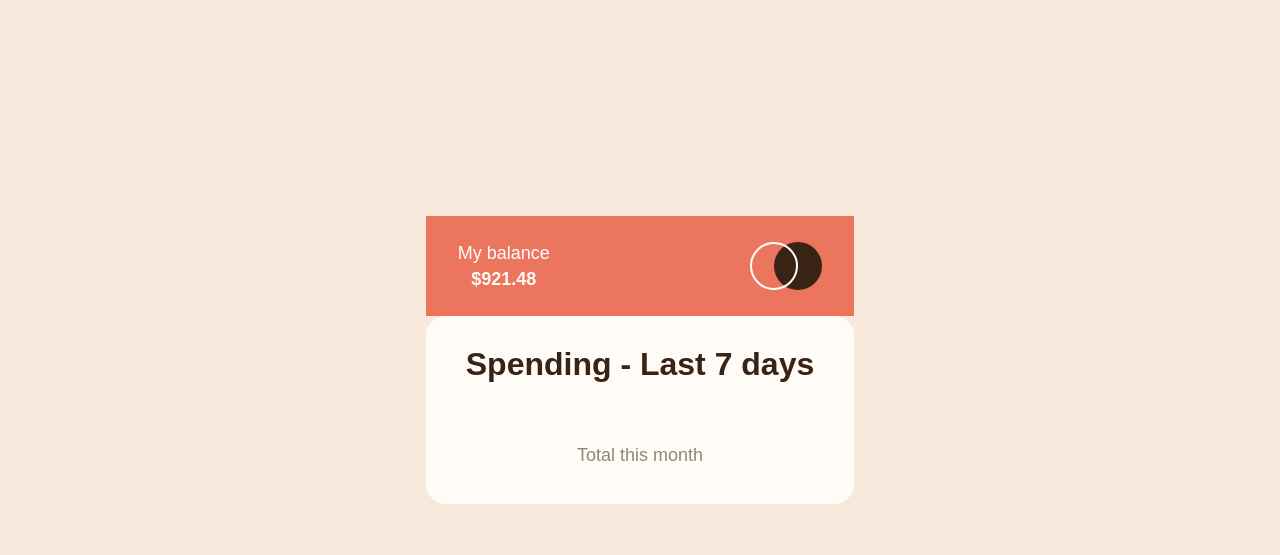
Repository: usmanov16/6-oy-2-dars-
Page: /
These files come from the project's save history. The page is drawn as it stood at one moment and after a run of saves; the edit follows.
The browser window is 1280 px wide. The pictures show the whole page.
The project was rebuilt for these pictures with package versions that can differ from the ones it lists, and the page was loaded fresh each time. Also part of the build but not shown: vite.config.js.

Above is the page before, as saved 2025-08-28 14:15:17.

### index.html
<!doctype html>
<html lang="en">
  <head>
    <meta charset="UTF-8" />
    <link rel="icon" type="image/svg+xml" href="/vite.svg" />
    <meta name="viewport" content="width=device-width, initial-scale=1.0" />
    <title>Vite + React</title>
    <link rel="stylesheet" href="./src/index.css">
  </head>
  <body>
    <div id="root"></div>
    <script type="module" src="/src/main.jsx"></script>
  </body>
</html>

### src/index.css
@import "tailwindcss";

@theme {
  --color-red: #ec755d;
  --color-cream: #f8e9dd;
  --color-card-white: #fffbf6;
  --color-white: #ffffff;
  --color-cyan: #76b5bc;
  --color-medium-brown: #92857a;
  --color-dark-brown: #382314;

  /* font */
  --default-font-family: "DM Sans Variable", sans-serif;
}

@layer base {
  body {
    @apply text-lg text-medium-brown font-normal leading-[1] bg-cream flex items-center justify-center min-h-screen;
  }
}

@layer components {
  .chart-item span {
    display: none;
  }

  .chart-item:hover span {
    display: block;
  }
}

### src/main.jsx

import "./index.css";
// Supports weights 100-900
import '@fontsource-variable/dm-sans';
import { createRoot } from "react-dom/client";
import App from "./App";

createRoot(document.getElementById("root")).render(<App />);

### src/App.jsx

import './App.css'
import React from 'react'
import Card from './components/Card'
import CardTop from './components/CardTop'
import CardBottom from './components/CardBottom'

function App() {
  return (
    <div>
      {/* <Card/> */}
      <CardTop/>
      <CardBottom/>
    </div>
  )
}

export default App

### src/components/CardTop.jsx
import React from 'react'

function CardTop() {
  return (
    <div className='flex items-center justify-between px-8 py-6.5 bg-red rounded[1.25rem]'>
        <div className='flex flex-col gap-2'>
            <span className='text-white'>My balance</span>
            <span className='font-bold text-card-white text[2rem]'>$921.48</span>
        </div>
        <img src="./rounded.svg" alt="" width={72} height={48} />
    </div>
  )
}

export default CardTop

### src/components/CardBottom.jsx
import React from 'react'

const chartData = [
  {
    id: 1,
    weekdays: "mo",
    value: 56
  },
  {
    id: 2,
    weekdays: "tu",
    value: 40
  },
  {
    id: 3,
    weekdays: "we",
    value: 44
  },
  {
    id: 4,
    weekdays: "th",
    value: 81
  },
  {
    id: 5,
    weekdays: "fr",
    value: 76
  },
  {
    id: 6,
    weekdays: "sa",
    value: 15
  },
  {
    id: 7,
    weekdays: "su",
    value: 11
  }

]

function CardBottom() {
  const [maxChart] = [...chartData].sort((a, b) => {
    return b.value - a.value
  })

  function chartHeight(h) {
    let {value} = maxChart;
    let height = 150

    return `${((h*100) / value).toFixed(1)}% `
    // return "h-[150px]"
  }

  return (
    <div className='bg-card-white pt-8 p-10 rounded-[1.25rem]'>
      <h1 className='text-dark-brown font-bold text-[2rem] mb-[66px] '>Spending - Last 7 days</h1>
      <ul className=' w-full flex justify-between gap-2 '>
        {chartData.map((ch) => {
          <li className='w-[3.125rem] text-center flex flex-col gap-2' key={ch.id}>

            <div className='h-[150px] flex items-end relative'>

              <div style={{height: chartHeight(ch.value)}}
               className={`chart-item rounded-[5px] w-full ${
                ch.value == maxChart.value ? "bg-cyan" : "bg-red"
              } relative ` }>
                <span className='absolute -top-2 left-[50%] -translate-x-[50%] -translate-y-[100%]'>${ch.value}</span>
              </div>
            </div>
            <span className='w-full'>{ch.weekdays}</span>
          </li>
        })}
      </ul>
      <span className='w-[460px] h-0.5 bg-card-white'></span>
      <div>
      <span className="text-medium-brown font-normal leading-[1]">Total this month</span>
      <span className='text-dark-brown text- '></span>
      </div>
    </div>
  )
}

export default CardBottom

### src/components/Card.jsx

import React from 'react'
import CardTop from './CardTop'
import CardBottom from './CardBottom'

function Card() {
  return (
    <div className='w-[540px] flex flex-col  gap-6'>
        <CardTop/>
        <CardBottom/>
    </div>
  )
}

export default Card

Loaded but not shown: src/App.css (common file)

After the next 2 saves:
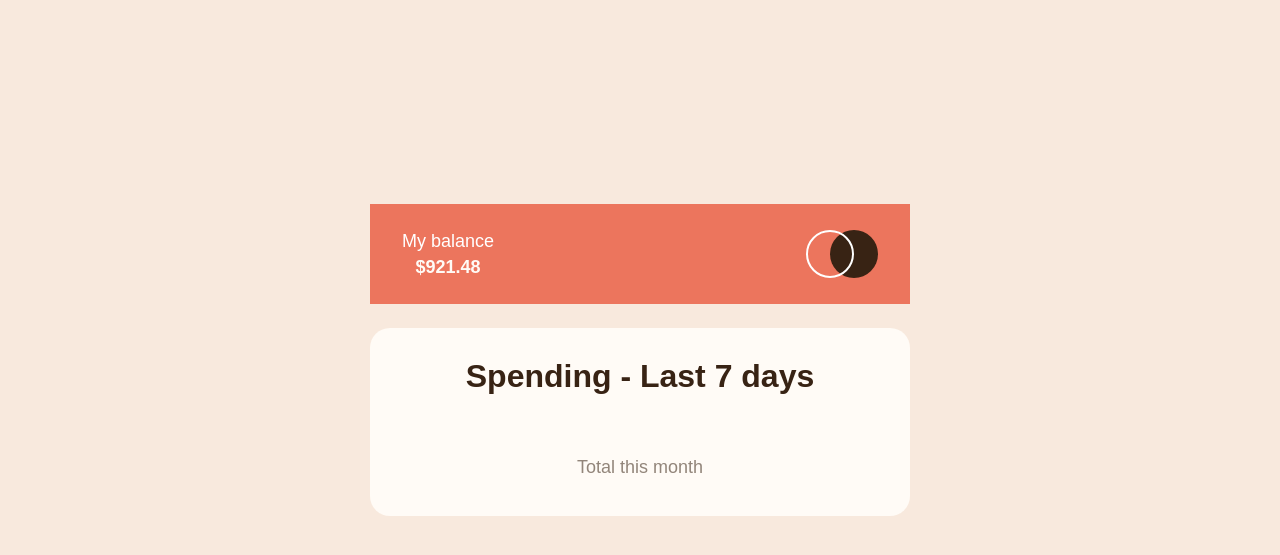
The 2 saves are shown as one change because they came seconds apart.
The last was saved 11 s later.
--- a/src/App.jsx
+++ b/src/App.jsx
@@ -8,9 +8,8 @@ import CardBottom from './components/CardBottom'
 function App() {
   return (
     <div>
-      {/* <Card/> */}
-      <CardTop/>
-      <CardBottom/>
+      <Card/>
+
     </div>
   )
 }
